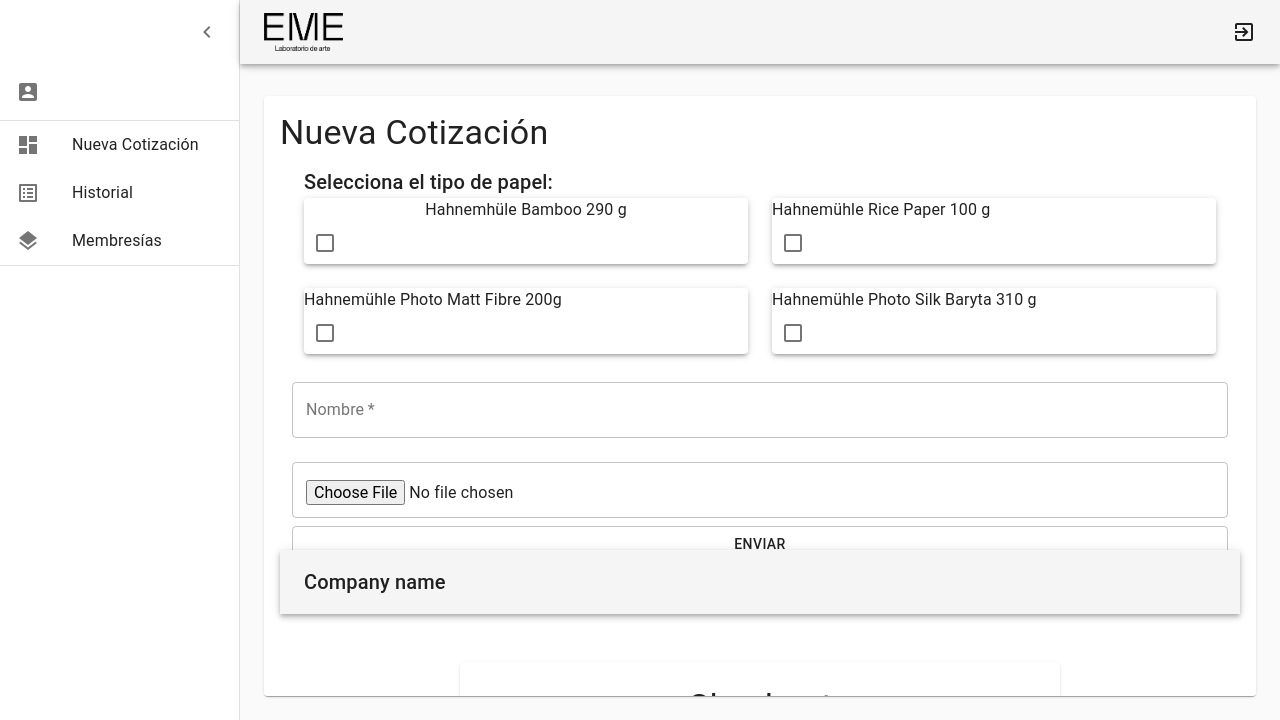
Repository: BrendaCarranco/eme-lab
Page: /Trabajo
The author's editor kept a copy of each file at every save. The page is drawn from the files as they stood at one save, then again after the next save.
The browser window is 1280 px wide. The pictures show the whole page.
An inner scrolling area shows only its first screen. Some web libraries are served in a nearby version. The project was rebuilt for these pictures with package versions that can differ from the ones it lists, and the page was loaded fresh each time. Also part of the build but not shown: src/components/buildingPage/Building.js, src/temaConfig.js, src/components/buildingPage/Landing.js, src/components/login/Reset.js, src/components/Dashboard/Historial.js, src/components/Dashboard/Membresias.js, src/components/Dashboard/SizeForm.js, src/components/Dashboard/Review.js and 6 more.

Above is the page before, as saved 2020-08-30 19:51:18.

After the next save:
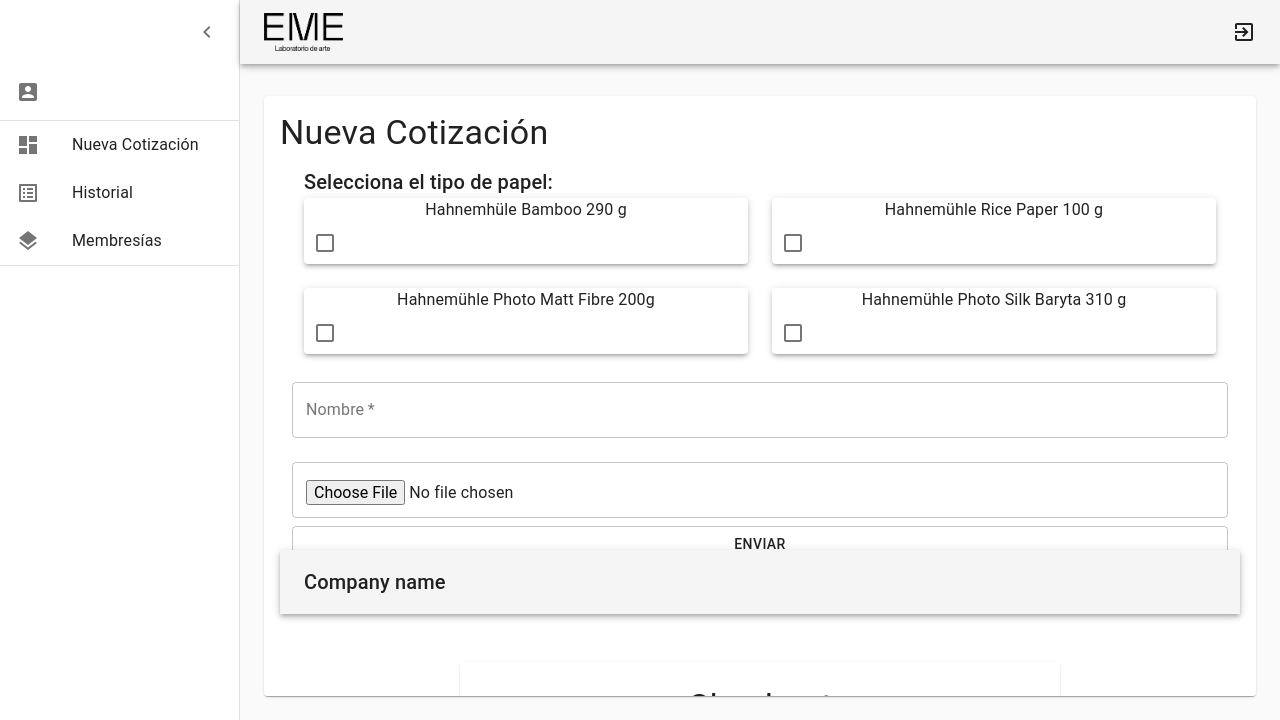
Saved 12 s later.
--- a/src/components/Dashboard/Cotizacion.js
+++ b/src/components/Dashboard/Cotizacion.js
@@ -111,7 +111,7 @@ const Cotizacion = ({ firebaseUser, setUsersFiles, usersFiles }) => {
           </Grid>
           <Grid item xs={12} sm={6}>
           <Paper elevation={3}>
-            <Typography>
+            <Typography align="center">
             Hahnemühle Rice Paper 100 g
             </Typography>
             <Checkbox/>
@@ -119,7 +119,7 @@ const Cotizacion = ({ firebaseUser, setUsersFiles, usersFiles }) => {
           </Grid>
           <Grid item xs={12} sm={6}>
           <Paper elevation={3}>
-            <Typography>
+            <Typography align="center">
             Hahnemühle Photo Matt Fibre 200g
             </Typography>
             <Checkbox/>
@@ -127,7 +127,7 @@ const Cotizacion = ({ firebaseUser, setUsersFiles, usersFiles }) => {
           </Grid>
           <Grid item xs={12} sm={6}>
           <Paper elevation={3}>
-            <Typography>
+            <Typography align="center">
             Hahnemühle Photo Silk Baryta 310 g
             </Typography>
             <Checkbox/>
